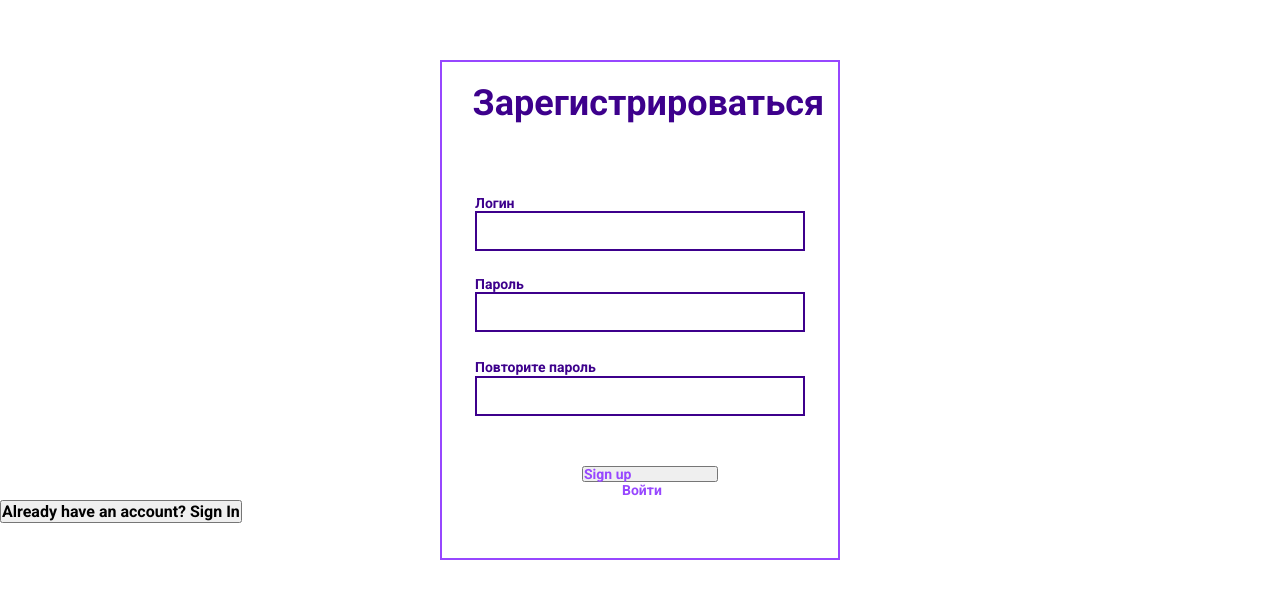
Repository: TimurZinatulin/Web_Shishki_1
Page: /
An editor plug-in stored every save of this project. The page is shown before and after the next save, followed by the edit.
The browser window is 1280 px wide. The pictures show the whole page.
The project was rebuilt for these pictures with package versions that can differ from the ones it lists, and the page was loaded fresh each time. Also part of the build but not shown: vite.config.js, vue.config.js, src/views/LoginView.vue, src/components/HelloWorld.vue, src/views/MainView.vue, src/views/HomeView.vue, src/views/EditView.vue, src/views/FavoriteView.vue and 3 more.

Above is the page before, as saved 2023-06-10 19:58:24.
Console error: TypeError: Cannot read properties of null (reading 'user')

After the next save:
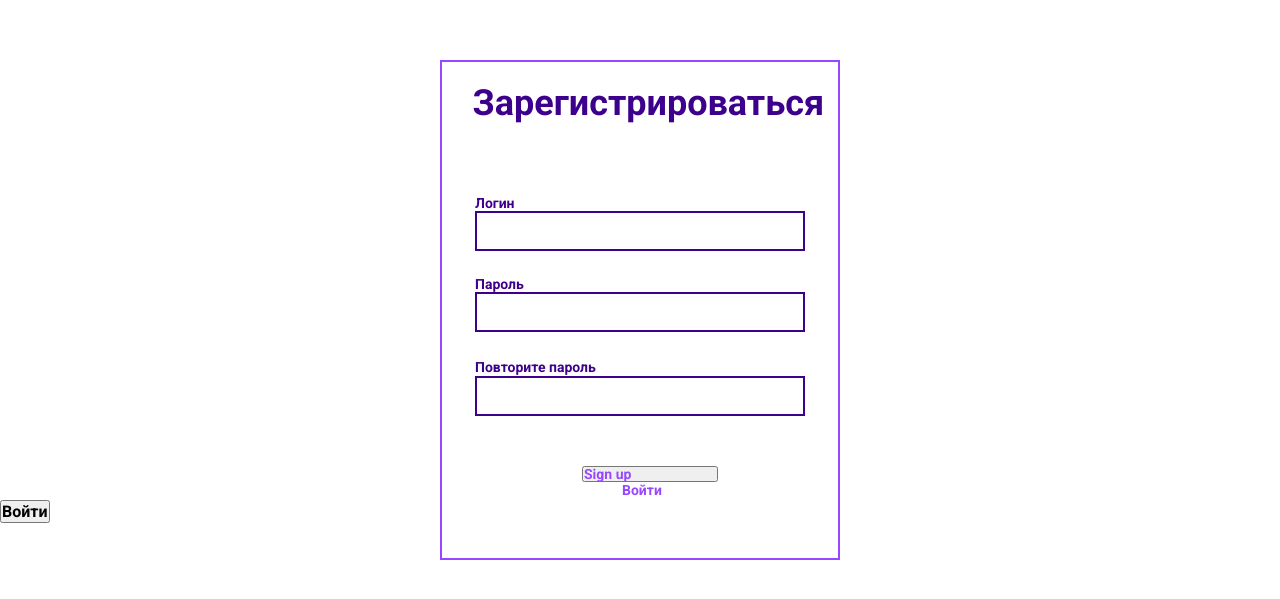
Saved 3 min 27 s later.
--- a/src/components/Auth.vue
+++ b/src/components/Auth.vue
@@ -5,7 +5,7 @@
         <button @click="isSignUp = !isSignUp">
             {{
                 isSignUp
-                ? "Already have an account? Sign In"
+                ? "Войти"
                 : "Don't have an account yet? Sign Up"
             }}
         </button>
